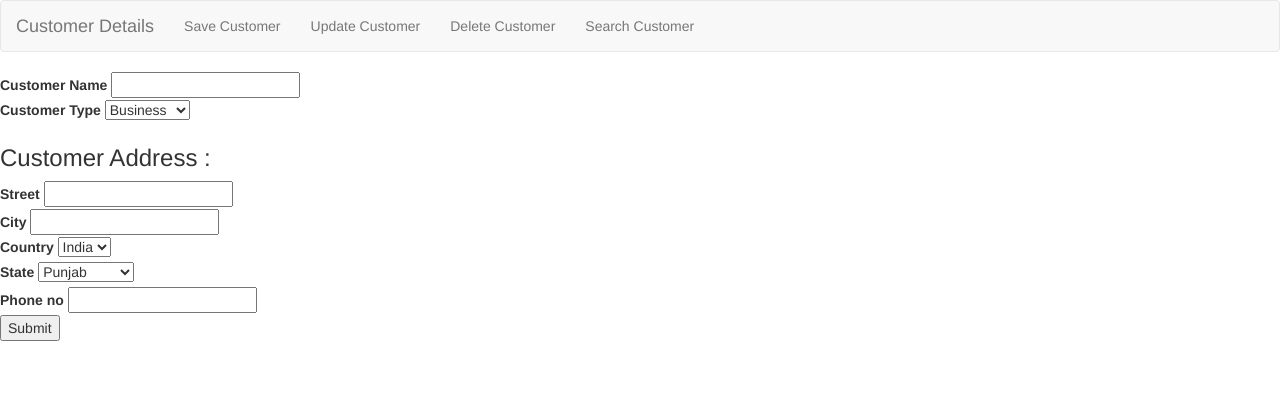
Repository: bharathsanga/AssignmentCustomer
Page: http://localhost/bms/saveCustomer.jsp
These files come from the project's save history. The page is drawn as it stood at one moment and after the next save; the edit follows.
The browser window is 1280 px wide. The pictures show the whole page.
The page is served by Tomcat 9.

Above is the page before, as saved 2021-12-05 19:34:39.

After the next save:
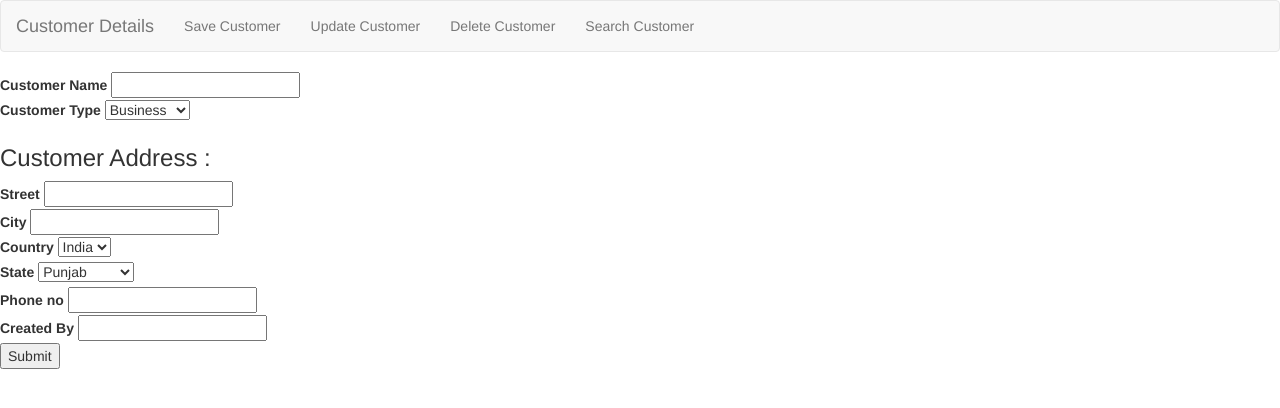
Saved 51 s later.
--- a/Assignment1/bms/src/main/webapp/saveCustomer.jsp
+++ b/Assignment1/bms/src/main/webapp/saveCustomer.jsp
@@ -35,8 +35,7 @@
 		</div>
 
 		<div>
-			<label for="type">Customer Type</label> <select name="type"
-				id="type">
+			<label for="type">Customer Type</label> <select name="type" id="type">
 				<option value="business">Business</option>
 				<option value="startup">Startup</option>
 				<option value="employee">Employee</option>
@@ -72,8 +71,9 @@
 		<div>
 			<label>Phone no</label> <input type="number" name="phone">
 		</div>
-
-
+		<div>
+			<label>Created By</label> <input type="text" name="createdby">
+		</div>
 
 		<div>
 			<button type="submit">Submit</button>
